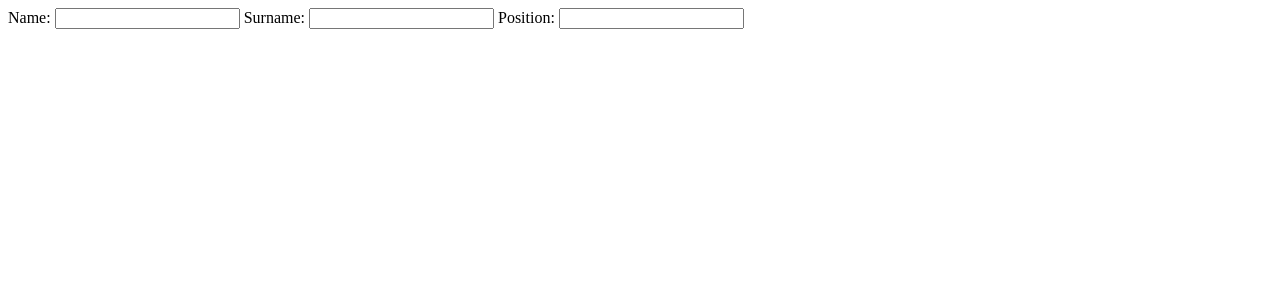
Repository: AytacSafarova/Form-lesson
Page: index.html
An editor plug-in stored every save of this project. The page is shown before and after a run of saves, followed by the edit.
The browser window is 1280 px wide. The pictures show the whole page.

Above is the page before, as saved 2023-08-29 14:28:00.

### index.html
<!DOCTYPE html>
<html lang="en">
<head>
    <meta charset="UTF-8">
    <meta name="viewport" content="width=device-width, initial-scale=1.0">
    <title>Document</title>
    <link rel="stylesheet" href="./index.css">
</head>
<body>
    <div>
        <form action="https://randomuser.me/api/">
            <label for="">
                Name:
                <input type="text">
            </label>
            <label for="">
                Surname:
                <input type="text">
            </label>
            <label for="">
                Position:
                <input type="text">
            </label>
        </form>
    </div>
</body>
</html>

Loaded but not shown: index.css (no stored copy; drawn as an empty file)

After the next 3 saves:
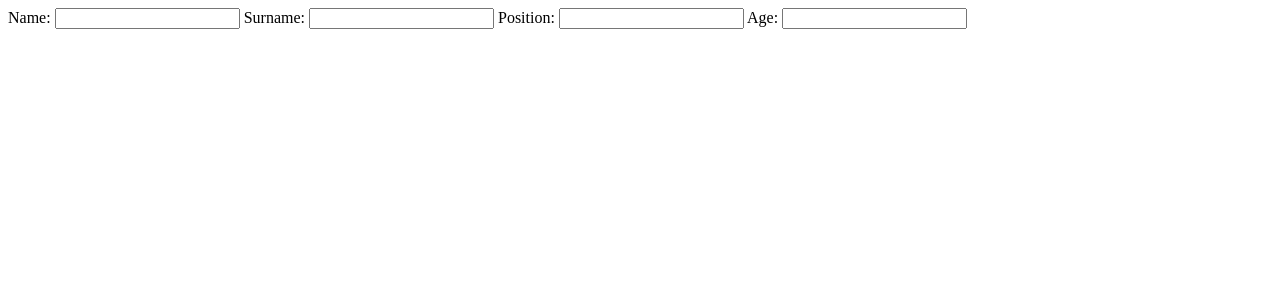
The 3 saves are shown as one change because they came seconds apart.
The last was saved 14 s later.
--- a/index.html
+++ b/index.html
@@ -21,6 +21,10 @@
                 Position:
                 <input type="text">
             </label>
+            <label for="">
+                Age:
+                <input type="text">
+            </label>
         </form>
     </div>
 </body>
